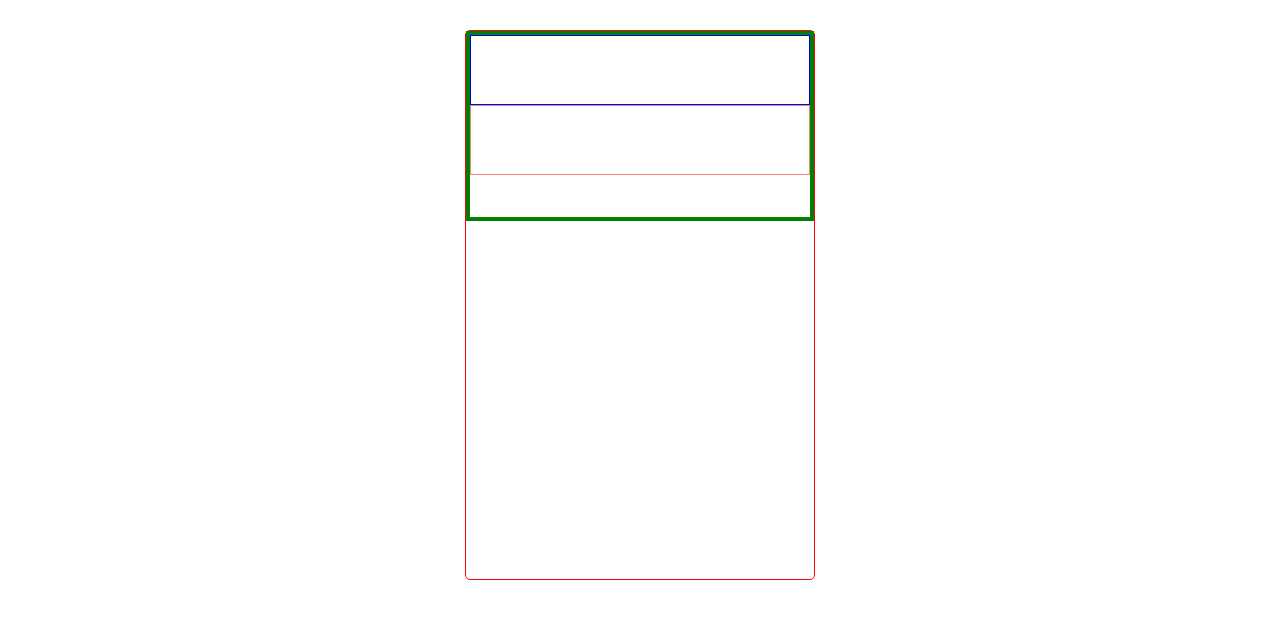
Repository: OfirLana/Calculator
Page: index.html
These files come from the project's save history. The page is drawn as it stood at one moment and after a run of saves; the edit follows.
The browser window is 1280 px wide. The pictures show the whole page.

Above is the page before, as saved 2019-03-12 17:33:36.

After the next 2 saves:
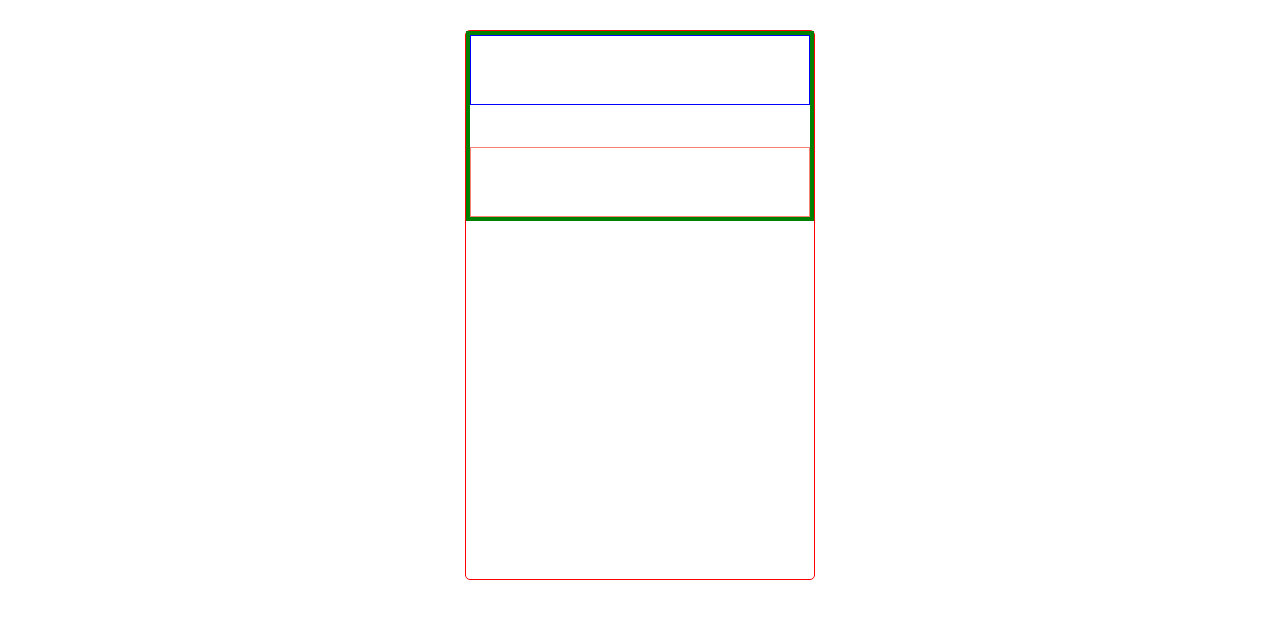
The 2 saves are shown as one change because they came seconds apart.
The last was saved 38 s later.
--- a/style.css
+++ b/style.css
@@ -32,7 +32,7 @@ body {
         height:19rem;
         border:4px solid green;
         width:100%;
-
+justify-content: space-between
     }
 
     .main_out_put{
